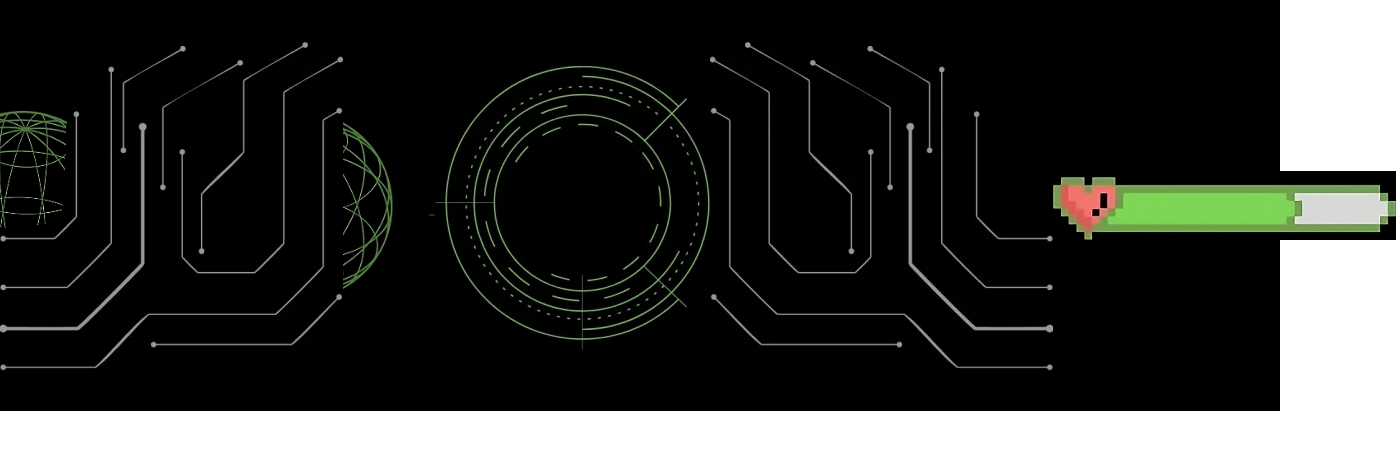
Repository: oxniw/bio-vocab
Page: /
The author's editor kept a copy of each file at every save. The page is drawn from the files as they stood at one save, then again after the next save.
The browser window is 1280 px wide. The page is 1396 px wide, so the pictures cover 1396 px, including what lies to the right of the window. The pictures show the whole page.
The project was rebuilt for these pictures with package versions that can differ from the ones it lists, and the page was loaded fresh each time. The framework's server and built-in components were replaced by stand-ins that run in the browser. Also part of the build but not shown: next.config.ts.

Above is the page before, as saved 2025-03-31 18:51:25.

### src/app/page.jsx
import Image from "next/image";

export default function Home() {
  return (
    <div className="w-full relative bg-black justify-center items-center flex">
      <div className="w-full relative bg-black justify-center items-center flex">
        <Image
        className=""
        src="/biogame/b.svg"
        alt="Next.js logo"
        width={1920}
        height={1080}
        priority/>
      </div>
      <Image
      className=""
      src="/com/cysphere.png"
      alt="Next.js logo"
      width={275}
      height={408}
      priority
      />
      <Image
      className=""
      src="/com/cysphere.png"
      alt="Next.js logo"
      width={275}
      height={408}
      priority
      />
      <Image
      className=""
      src="/com/cy4d.png"
      alt="Next.js logo"
      width={275}
      height={408}
      priority
      />

      <Image
      className=""
      src="/com/cy2d.png"
      alt="Next.js logo"
      width={343}
      height={411}
      priority
      />
      <Image
      className="absolute top-0 left-0"
      src="/com/cyd3.png"
      alt="Next.js logo"
      width={343}
      height={411}
      priority
      />

      <Image
      className=""
      src="/com/cyhp.png"
      alt="Next.js logo"
      width={343}
      height={411}
      priority
      />
    </div>
  );
}

Loaded but not shown: src/app/layout.tsx (common file); src/app/globals.css (common file)

After the next save:
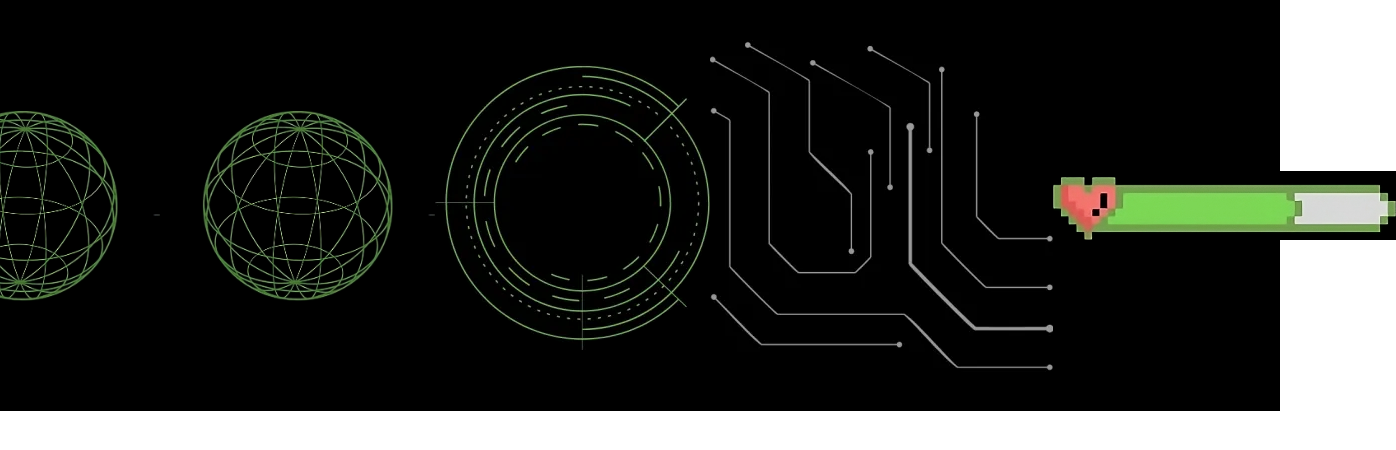
Saved 16 s later.
--- a/src/app/page.jsx
+++ b/src/app/page.jsx
@@ -46,7 +46,7 @@
       priority
       />
       <Image
-      className="absolute top-0 left-0"
+      className="absolute bottom-96 left-0"
       src="/com/cyd3.png"
       alt="Next.js logo"
       width={343}

After the save that followed:
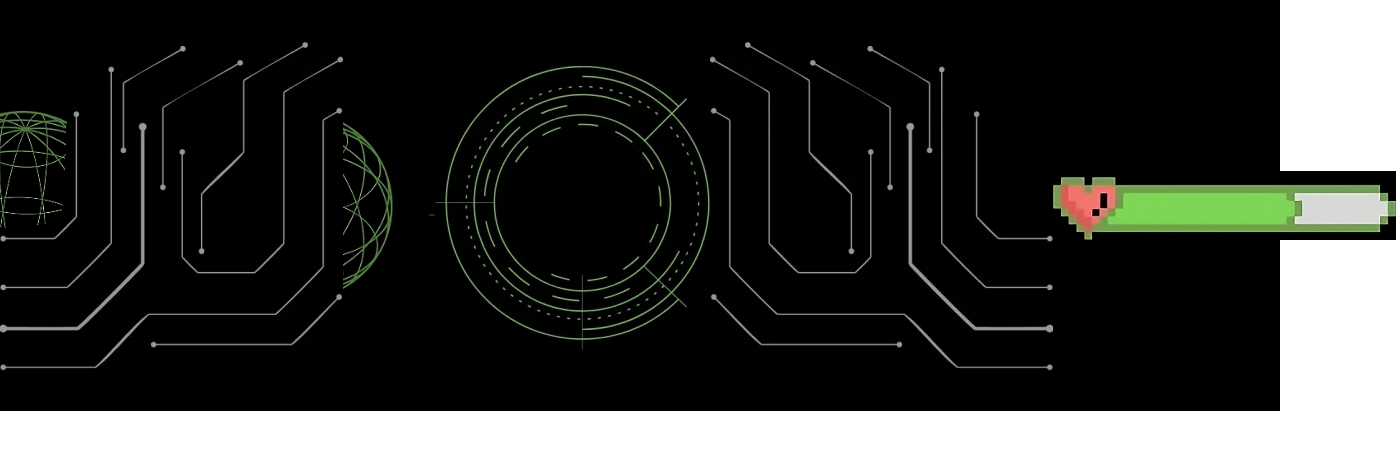
Saved 8 s later.
--- a/src/app/page.jsx
+++ b/src/app/page.jsx
@@ -46,7 +46,7 @@
       priority
       />
       <Image
-      className="absolute bottom-96 left-0"
+      className="absolute bottom-0 left-0"
       src="/com/cyd3.png"
       alt="Next.js logo"
       width={343}
